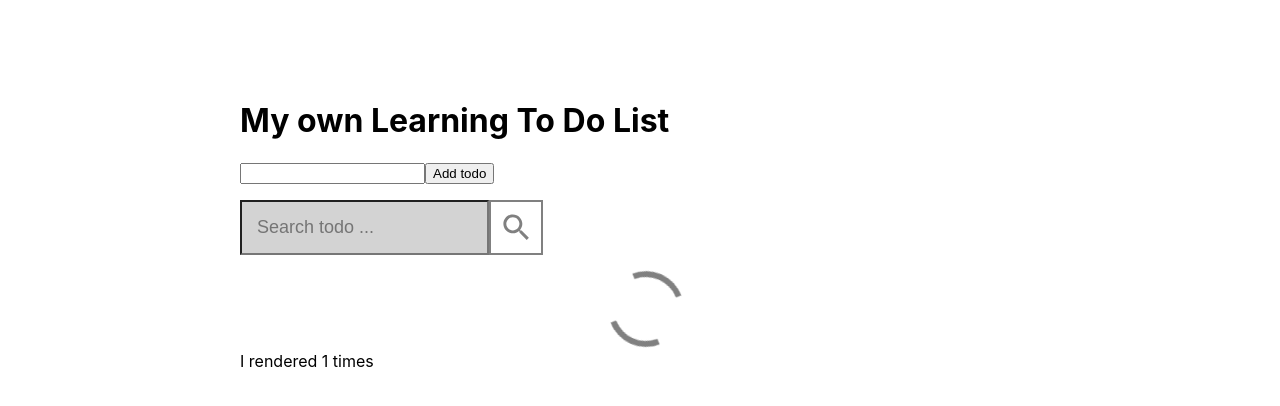
Repository: ArusyakAghajanyan/To-Do
Page: /
These files come from the project's save history. The page is drawn as it stood at one moment and after the next save; the edit follows.
The browser window is 1280 px wide. The pictures show the whole page.
The page's requests for data from a server got no answer. The project was rebuilt for these pictures with package versions that can differ from the ones it lists, and the page was loaded fresh each time. No one was signed in, and anything a server would have sent is missing. Also part of the build but not shown: src/Todo/TodoItem.js, src/Todo/TodoList.js.

Above is the page before, as saved 2022-03-16 16:06:43.

After the next save:
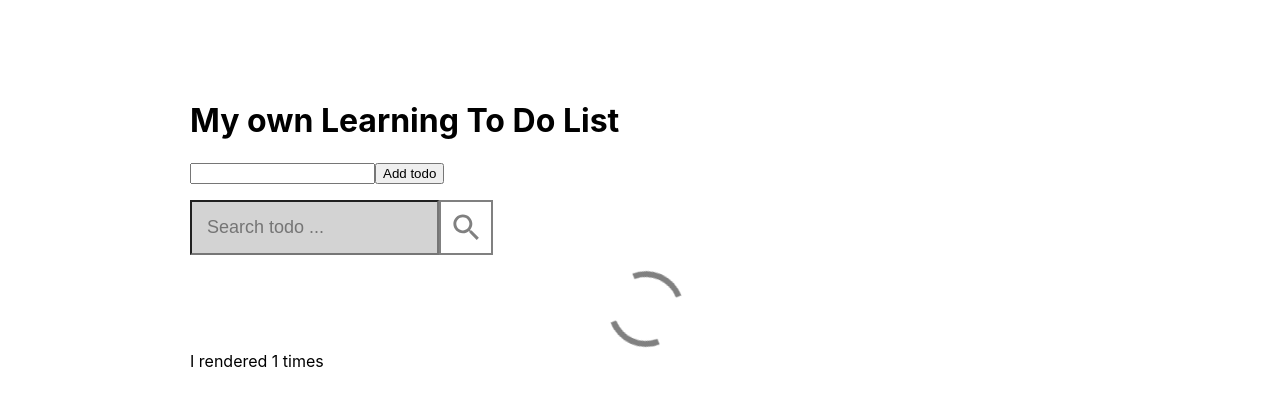
Saved 11 s later.
--- a/src/index.css
+++ b/src/index.css
@@ -14,7 +14,7 @@ code {
 .wrapper {
   padding-top: 5rem;
   margin: 0 auto;
-  width: 800px;
+  width: 900px;
 }
 .rm {
   background: gray;
